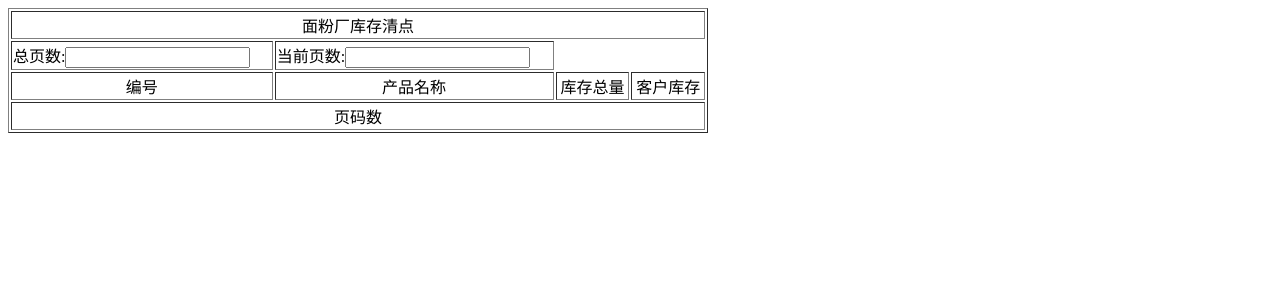
Repository: yuxingyan/OneCrewFlour
Page: http://localhost/Flour/checkflourstore.jsp
The author's editor kept a copy of each file at every save. The page is drawn from the files as they stood at one save, then again after the next save.
The browser window is 1280 px wide. The pictures show the whole page.
The page is served by Tomcat 9. Nobody is signed in. The application's start-up code is not run.

Above is the page before, as saved 2018-01-10 09:46:58.

After the next save:
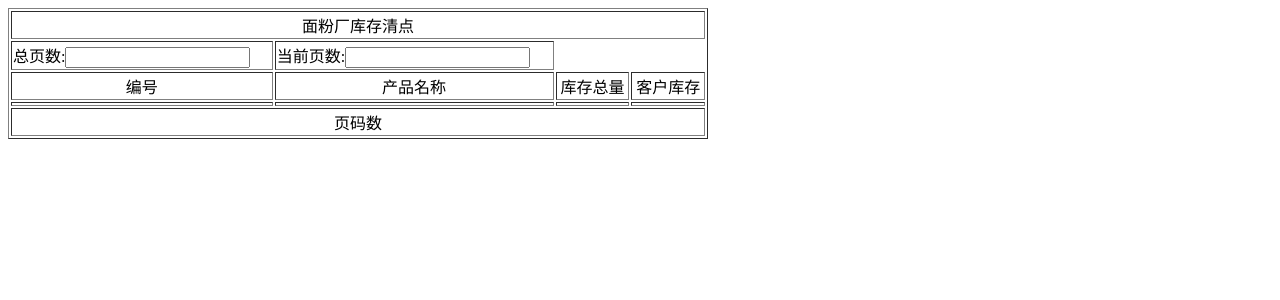
Saved 74 s later.
--- a/Flour/WebRoot/checkflourstore.jsp
+++ b/Flour/WebRoot/checkflourstore.jsp
@@ -40,7 +40,21 @@ String basePath = request.getScheme()+"://"+request.getServerName()+":"+request.
     <td  align="center">客户库存</td>
     </tr>
 
+   <s:iterator value="#session.list" var="l">
+			<tr>
 
+				<td><s:property value="#l.userid" /></td>
+				<td><s:property value="#l.username" /></td>
+				<td><s:property value="#l.name" /></td>
+				<td><s:property value="#l.phone" /></td>
+
+
+
+
+
+
+			</tr>
+			</s:iterator>
 
     <tr><td  colspan="4" align="center">页码数</td></tr>
 
